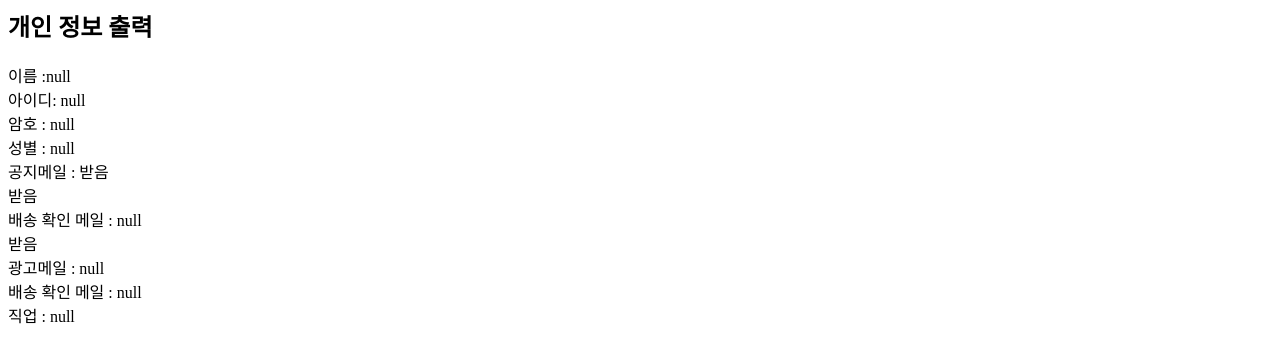
Repository: skim24245/web_workspace_src
Page: http://localhost/Lecture-Web/pinfoResult
These files come from the project's save history. The page is drawn as it stood at one moment and after the next save; the edit follows.
The browser window is 1280 px wide. The pictures show the whole page.
The page is served by Tomcat 9. Other server files are loaded and not shown.

Above is the page before, as saved 2022-06-03 00:19:26.

### Lecture-Web/src/main/java/kr/ac/kopo/servlet/PinfoResult.java
package kr.ac.kopo.servlet;

import java.io.IOException;
import java.io.PrintWriter;

import javax.servlet.ServletConfig;
import javax.servlet.ServletException;
/*import javax.servlet.annotation.WebServlet;*/
import javax.servlet.http.HttpServlet;
import javax.servlet.http.HttpServletRequest;
import javax.servlet.http.HttpServletResponse;

/*@WebServlet("/pinfoResult")*/
public class PinfoResult extends HttpServlet {

	/*
	 * http://localhost:9999/Lecture-Web/exam?name=hong&&hobby=music 입력시 웹 브라우저에 이름
	 * : http://localhost:9999/Lecture-Web/exam?name=hong&&hobby=music hong 취미 :
	 * reading music movie 이렇게 출력되도록 간단하게 만들어봐라.\
	 *
	 */

	@Override
	public void init(ServletConfig config) throws ServletException {
		System.out.println("init() : 최초 한번만 실행되는 메소드입니다");
	}

	@Override
		public void service(HttpServletRequest request, HttpServletResponse response) throws ServletException, IOException {
			request.setCharacterEncoding("utf-8");
			String name =request.getParameter("name");
			String id = request.getParameter("id");
			String pwd = request.getParameter("pwd");
			String gender =request.getParameter("gender");
			String job=request.getParameter("job");
			String notice = request.getParameter("notice");
			String ad =request.getParameter("ad");
			String delievery =request.getParameter("delievery");




			response.setContentType("text/html; charset=utf-8");
			PrintWriter out = response.getWriter();
			out.println("<html>");
			out.println("   <head>");
			out.println("       <title>개인 정보 출력</title>");
			out.println("    </head>");
			out.println("    <body>");
			out.println("		<h2>개인 정보 출력</h2>");
			out.println("   이름 :" + name + "<br>");
			out.println("  	아이디:  " +id+ "<br>");
			out.println("  	암호 :  " + pwd+ "<br>");
			out.println("  	성별 :  " + gender+ "<br>");
			/*out.println("  	공지메일 :  " + notifiction mail + "<br>");
			out.println("  	광고메일 :  " + advertisement mail + "<br>");
			out.println("  	배송 확인 메일 :  " + delievery check mail + "<br>");*/
			out.println("  	공지메일 :  ");
			if(notice !=null ) {
				out.println("받지않음");
			}else {
				out.println("받음");
				}
			out.println("<br>");
			if(ad !=null ) {
				out.println("받지않음");
			}else {
				out.println("받음");
			}
			out.println("<br>");


			out.println("  	배송 확인 메일 :  " + delievery + "<br>");
			if(delievery !=null ) {
				out.println("받지않음");
			}else {
				out.println("받음");
			}
			out.println("<br>");

			out.println("  	광고메일 :  " + ad + "<br>");
			out.println("  	배송 확인 메일 :  " + delievery + "<br>");
			out.println("  	직업 :  " + job + "<br>");
			out.println("     </body>");
			out.println("</html>");
	}

		@Override public void destroy() {
				  System.out.println("\t\t\t\t\tdestory()...");


		}
}

After the next save:
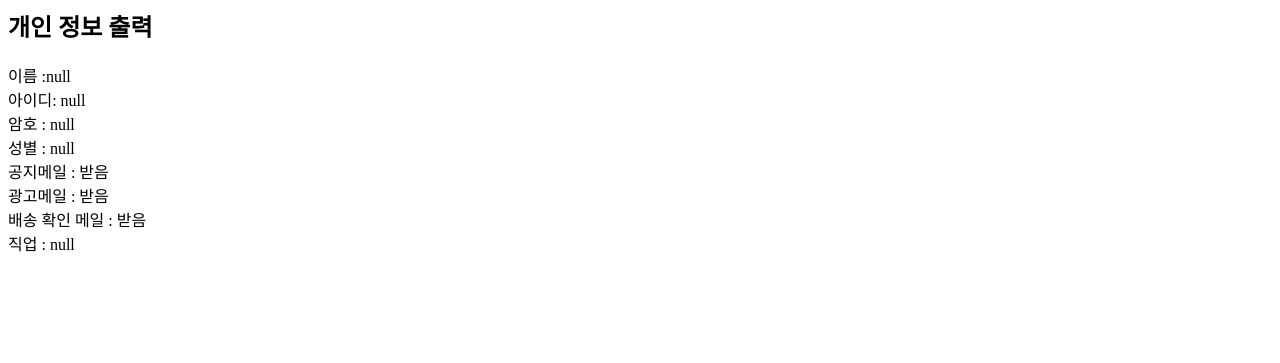
Saved 2 min 46 s later.
--- a/Lecture-Web/src/main/java/kr/ac/kopo/servlet/PinfoResult.java
+++ b/Lecture-Web/src/main/java/kr/ac/kopo/servlet/PinfoResult.java
@@ -52,9 +52,8 @@ public class PinfoResult extends HttpServlet {
 			out.println("  	아이디:  " +id+ "<br>");
 			out.println("  	암호 :  " + pwd+ "<br>");
 			out.println("  	성별 :  " + gender+ "<br>");
-			/*out.println("  	공지메일 :  " + notifiction mail + "<br>");
-			out.println("  	광고메일 :  " + advertisement mail + "<br>");
-			out.println("  	배송 확인 메일 :  " + delievery check mail + "<br>");*/
+
+
 			out.println("  	공지메일 :  ");
 			if(notice !=null ) {
 				out.println("받지않음");
@@ -62,6 +61,9 @@ public class PinfoResult extends HttpServlet {
 				out.println("받음");
 				}
 			out.println("<br>");
+
+
+			out.println("  	광고메일 :  ");
 			if(ad !=null ) {
 				out.println("받지않음");
 			}else {
@@ -70,7 +72,7 @@ public class PinfoResult extends HttpServlet {
 			out.println("<br>");
 
 
-			out.println("  	배송 확인 메일 :  " + delievery + "<br>");
+			out.println("  	배송 확인 메일 :  ");
 			if(delievery !=null ) {
 				out.println("받지않음");
 			}else {
@@ -78,8 +80,10 @@ public class PinfoResult extends HttpServlet {
 			}
 			out.println("<br>");
 
-			out.println("  	광고메일 :  " + ad + "<br>");
-			out.println("  	배송 확인 메일 :  " + delievery + "<br>");
+			/*
+			 * out.println("  	광고메일 :  " + ad + "<br>"); out.println("  	배송 확인 메일 :  " +
+			 * delievery + "<br>");
+			 */
 			out.println("  	직업 :  " + job + "<br>");
 			out.println("     </body>");
 			out.println("</html>");
